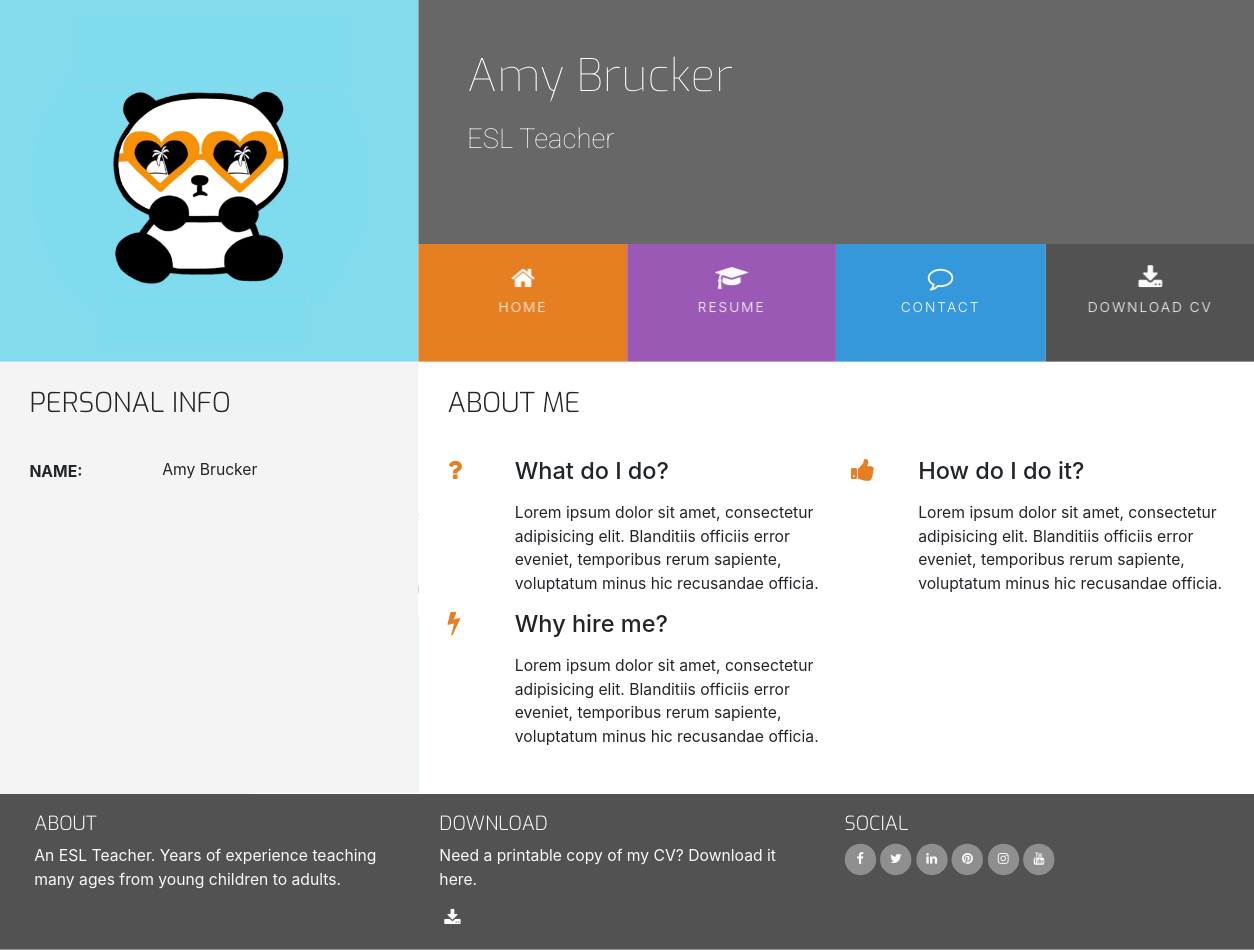
Repository: amybru/resume
Page: index.html
The author's editor kept a record of every edit. The page is drawn from the files as they stood at one moment, then again after the next edit.
The browser window is 1280 px wide. The pictures show the whole page, at 98% of full size.
Some web libraries are served in a nearby version.

Above is the page before.

After the next edit:
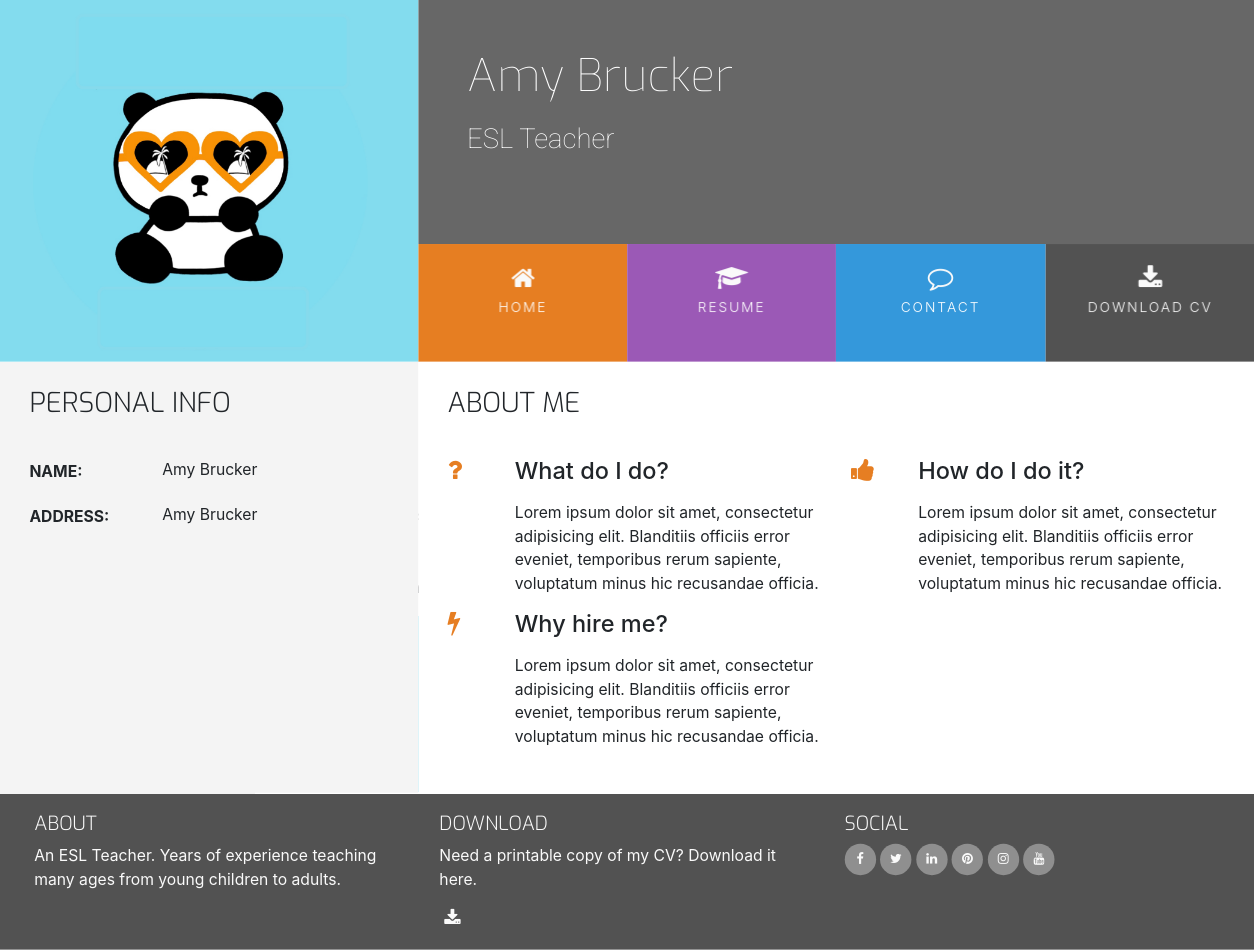
The edit:
--- a/index.html
+++ b/index.html
@@ -58,6 +58,18 @@
                     <div class="key">
                         <p class="uppercase">
                             Name:
+                        </p>
+                    </div>
+                    <div class="value">
+                        <p>
+                            Amy Brucker
+                        </p>
+                    </div>
+                </div>
+                <div class="personal-info-item">
+                    <div class="key">
+                        <p class="uppercase">
+                            Address:
                         </p>
                     </div>
                     <div class="value">
